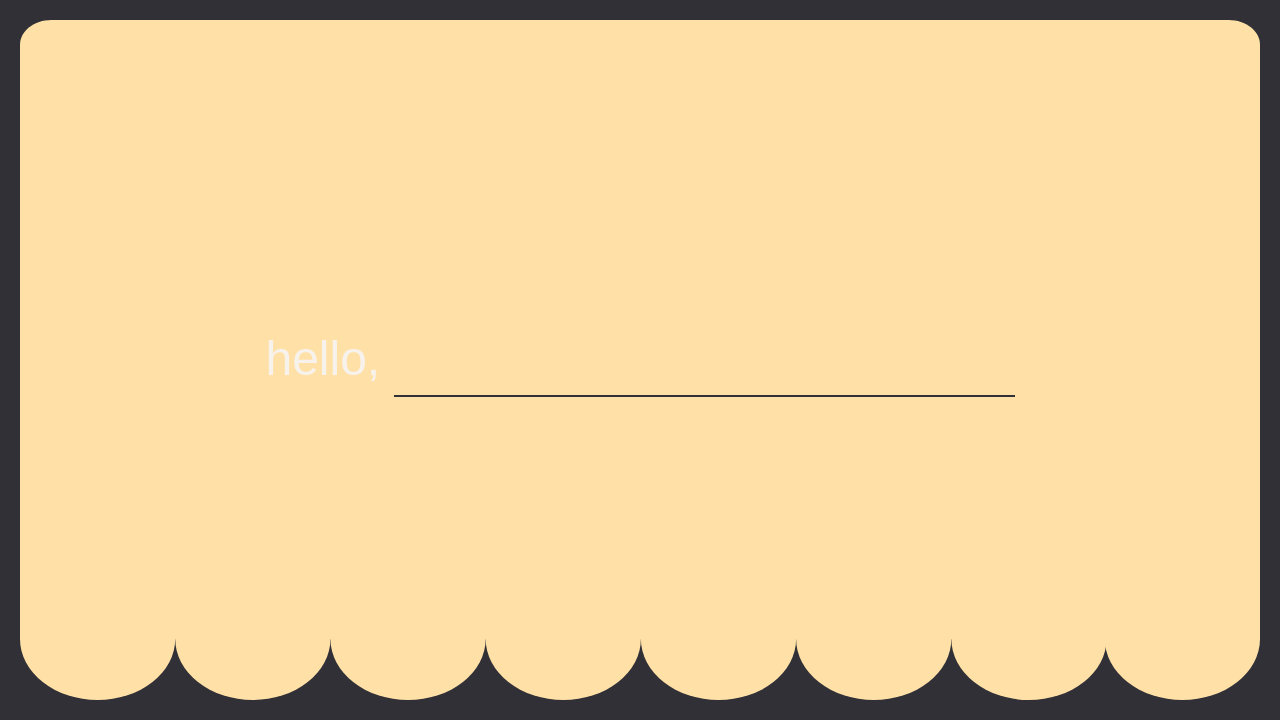
Repository: zhangolivia7/rot-recovery
Page: /
The author's editor kept a copy of each file at every save. The page is drawn from the files as they stood at one save, then again after the next save.
The browser window is 1280 px wide. The pictures show the whole page.
The project was rebuilt for these pictures with package versions that can differ from the ones it lists, and the page was loaded fresh each time. The framework's server and built-in components were replaced by stand-ins that run in the browser. Also part of the build but not shown: next.config.ts.

Above is the page before, as saved 2025-03-29 17:34:59.

### src/app/layout.tsx
import type { Metadata } from "next";
import { Geist, Geist_Mono } from "next/font/google";
import "./globals.css";

const geistSans = Geist({
  variable: "--font-geist-sans",
  subsets: ["latin"],
});

const geistMono = Geist_Mono({
  variable: "--font-geist-mono",
  subsets: ["latin"],
});

export const metadata: Metadata = {
  title: "Rot Recovery",
  description: "it's comeback time.",
};

export default function RootLayout({
  children,
}: Readonly<{
  children: React.ReactNode;
}>) {
  return (
    <html lang="en">
      <body
        className={`${geistSans.variable} ${geistMono.variable} antialiased`}
      >
        {children}
      </body>
    </html>
  );
}

### src/app/page.tsx
'use client'
import { SetStateAction, useState } from "react";
import { useWindowSize } from 'react-use';
import Confetti from 'react-confetti-boom';

export default function Home() {
  const [name, setName] = useState("");
  const [tasks, setTasks] = useState<{ id: number; text: string }[]>([]);
  const [timeframe, setTimeframe] = useState("");
  const [newTask, setNewTask] = useState("");
  const [schedule, setSchedule] = useState<string>(""); //store groqAPI response
  const [loading, setLoading] = useState<boolean>(false);

  // Update name
  const updateName = (e: React.ChangeEvent<HTMLInputElement>) => {
    setName(e.target.value);
    console.log(name);
  };

  // Update task text
  const updateTaskText = (id: number, text: string) => {
    setTasks(tasks.map(task => (task.id === id ? { ...task, text } : task)));
  };

  // Delete a task
  const deleteTask = (id: number) => {
    setTasks(tasks.filter(task => task.id !== id));
  };

  // Add new task when Enter is pressed
  const handleKeyDown = (e: React.KeyboardEvent<HTMLInputElement>) => {
    if (e.key === "Enter" && newTask.trim() !== "") {
      setTasks([...tasks, { id: Date.now(), text: newTask }]);
      setNewTask("");
    }
  };

  // Send tasks and timeframe to ChatGPT API and update schedule
  const handleSubmit = async () => {
    if (tasks.length === 0 || timeframe.trim() === "") {
      alert("Please enter tasks and a timeframe.");
      return;
    }

    setLoading(true); // Show loading state

    // Prepare message for Groq
    var prompt = "";

    if (name.toLowerCase() === "leslie") {
      prompt = `ALWAYS USE <b> IF YOU NEED TO BOLD YOUR RESPONSES!!! DO NOT USE DOUBLE ASTERICKS\nHey! You're talking to my friend ${name}, who's been bedrotting and has ${timeframe} to get back on track! Here's what ${name} has to get done':\n` +
        tasks.map((task, index) => `${index + 1}. ${task.text}`).join("\n") +
        `\n\nShe REALLY likes Hatsune Miku, so pretending you're Hatsune Miku and including Hatsune Miku references, give them a structured, realistic schedule based on the current time and amount of time they have to work in this schedule format:\n[Introduction message (make sure you introduce yourself as Hatsune Miku)]\n[00:00-##:##: <b>Task</b>, bit of encouragement and tips on how to complete the task well] and repeat this structure. Here's an example: <b>[Greeting]</b>\n\nHere's your customized schedule: \n\n<b>00:00-00:30: Finish Math Homework,</b> Leslie-chan! Take a deep breath and dive into your math problems. Focus on one question at a time, and make sure you understand each concept before moving on to the next. You got this!\n\n<b>00:30-01:15: Watch Algorithms Class Lecture.</b> Take a short break to grab a snack or stretch, and then settle in to watch your lecture. Take notes on important points, and don't hesitate to pause the video if you need to review something.\n\n<b>01:15-03:00: Study for Linear Algebra Test.</b> You're almost there, Leslie-chan! Review your notes and textbook, and try to summarize key concepts in your own words. Make flashcards or create a concept map to help you visualize the material.\n\n[Closing message with Hatsune Miku references]`;
    } else {
      prompt = `ALWAYS USE <b> IF YOU NEED TO BOLD YOUR RESPONSES!!! DO NOT USE DOUBLE ASTERICKS. Hey! You're talking to my friend ${name}, who's been bedrotting and has ${timeframe} to get back on track! Here's what ${name} has to get done':\n` +
        tasks.map((task, index) => `${index + 1}. ${task.text}`).join("\n") +
        `\n\nIn a fun, chill tone, give them a structured, realistic schedule based on the current time and amount of time they have to work in this schedule format:\n[Introduction message]\n<b>00:00-##:##: Task</b>, bit of encouragement and tips on how to complete the task well. Repeat this structure. Here's an example: <b>[Greeting]</b>\n\nHere's your customized schedule:\n\n<b>00:00-00:20: History Studying,</b> Let's get that history test prep started! Focus on reviewing your notes, making flashcards, and going over any tricky dates or events. You got this, Bob!\n\n<b>00:20-00:45: English Essay Brainstorm,</b> Time to get those creative juices flowing! Take 10-15 minutes to brainstorm ideas for your essay, then organize your thoughts into an outline. Remember, a solid outline will make the writing process so much smoother!\n\n<b>00:45-01:10: Math Homework</b>, Math homework can be a real challenge, but you're almost there! Focus on one problem at a time, and don't be afraid to take breaks if you get stuck. You've got this, Bob! You're so close to finishing!\n\n<b>01:10-02:00: Write That Essay,</b> It's time to put your thoughts into words! Take your outline and start writing that essay. Remember to stay focused, and don't worry too much about grammar or spelling at this stage. Just get your ideas down on paper!\n\n[Closing message]`;
    }

    try {
      const response = await fetch("/api/generate-schedule", {
        method: "POST",
        headers: { "Content-Type": "application/json" },
        body: JSON.stringify({ prompt }),
      });

      const data = await response.json();
      setSchedule(data.schedule); // Store response
    } catch (error) {
      console.error("Error fetching schedule:", error);
      setSchedule("Failed to generate schedule. Try again.");
    } finally {
      setLoading(false);
    }

    // Scroll to the schedule section
    document.getElementById("next-section")?.scrollIntoView({ behavior: "smooth" });
  };

  return (
    <div className={`h-screen snap-y snap-mandatory ${name.trim() === "" ? "overflow-hidden" : "overflow-y-scroll"}`}>
      {/* Section 1 */}
      <section id="sec1" className="h-screen flex justify-center items-center snap-start relative overflow-hidden">
        {/* SVG Background with exact 10px margin on all sides */}
        <div className="absolute top-[20px] left-[20px] right-[20px] bottom-[20px] z-0">
          <svg
            viewBox="0 0 1382 961"
            fill="none"
            xmlns="http://www.w3.org/2000/svg"
            className="w-full h-full"
            preserveAspectRatio="none"
          >
            <path d="M0 35C0 15.6701 15.67 0 35 0H1347C1366.33 0 1382 15.67 1382 35V875H0V35Z" fill="#FFE1A8" />
            <circle cx="86.5" cy="874.5" r="86.5" fill="#FFE1A8" />
            <circle cx="259.5" cy="874.5" r="86.5" fill="#FFE1A8" />
            <circle cx="432.5" cy="874.5" r="86.5" fill="#FFE1A8" />
            <circle cx="605.5" cy="874.5" r="86.5" fill="#FFE1A8" />
            <circle cx="778.5" cy="874.5" r="86.5" fill="#FFE1A8" />
            <circle cx="951.5" cy="874.5" r="86.5" fill="#FFE1A8" />
            <circle cx="1124.5" cy="874.5" r="86.5" fill="#FFE1A8" />
            <circle cx="1295.5" cy="874.5" r="86.5" fill="#FFE1A8" />
          </svg>
        </div>

        {/* Foreground content */}
        <main className="z-10 flex flex-col gap-[32px] row-start-2 items-center sm:items-start">
          <div id="s1">
            <h1>
              hello, <input type="text" id="helloText" value={name} onChange={updateName} />
            </h1>
          </div>
        </main>
      </section>


      {name.trim() !== "" && (
        <>
          {/* Section 2 */}
          <section className="h-screen flex flex-col items-center snap-start">
            <div id="sec2" className="w-full h-full flex flex-col justify-start items-center pt-0">
              {name.toLowerCase() === "leslie" ? (
                // Special SVG for Leslie
                <svg width="724" height="509" viewBox="0 0 724 509" fill="none" xmlns="http://www.w3.org/2000/svg">
                  <path d="M495 354.5C491.4 354.5 469.167 355.833 458.5 356.5L460 359L528.5 363L525.5 359C516.833 357.5 498.6 354.5 495 354.5Z" fill="#88D0C7" />
                  <path d="M558 413L503.5 434.5L547 451L586 425L558 413Z" fill="#8A8585" />
                  <circle cx="545.624" cy="378" r="25" fill="#FFE1A8" />
                  <path d="M336.624 363C375.024 348.6 487.291 357 538.624 363L542.624 397C534.624 399.667 512.224 405.4 486.624 407C461.024 408.6 347.957 445 294.624 463C271.124 474.333 212.524 497 166.124 497C108.124 497 48.1241 453 50.1241 463C51.7241 471 30.7908 497 20.1241 509C12.7908 504.333 -1.4759 491.8 0.124102 479C1.7241 466.2 26.1241 437.667 38.1241 425L156.124 449C144.791 428.333 128.924 382.2 156.124 363C190.124 339 288.624 381 336.624 363Z" fill="#FFE1A8" />
                  <path d="M455.601 453.39C444.301 452.836 398.096 425.701 378.624 407L412.829 390.125C421.464 391.114 453.014 384.686 455.601 396.594C458.836 411.478 493.917 434.314 524.131 436.079C554.345 437.844 558.339 448.801 544.659 456.342C530.98 463.883 469.726 454.083 455.601 453.39Z" fill="#FFE1A8" />
                  <path d="M529 359C505.167 359.167 455.8 360.1 449 362.5C440.5 365.5 408.5 380.5 403 386.5C397.5 392.5 387.5 398 385.5 406C383.9 412.4 384.833 415.333 385.5 416C381.167 412.5 372.8 404.1 374 398.5C375.423 391.858 379.997 387.017 382.597 386.539C380.62 386.631 375.704 386.944 375 388C374.2 389.2 373.333 390.833 373 391.5C373.167 386.667 374.9 376.1 380.5 372.5C387.5 368 403.5 358.5 417 357C430.5 355.5 463 353 473.5 353C484 353 521.5 357 524 357C526 357 528.167 358.333 529 359Z" fill="#88D0C7" />
                  <path d="M550 371.5C553.2 374.3 558.667 374.667 561 374.5L554 369.5L541 362H550C548 361 543 359 539 359C535 359 529.167 360.5 526.5 361.5C525.667 360.5 523.5 359 525.5 359C528 359 534.5 352.5 541 351.5C547.5 350.5 557 353 561 355C564.2 356.6 567.167 361 567.5 364C568.333 364.5 569 368.3 571 371.5C573.5 375.5 567 396 566 397C565 398 547.5 406.5 544 406.5C540.5 406.5 436.5 434 411 446C385.5 458 297 481.5 291.5 481C287.1 480.6 276.333 476.5 271.5 474.5C275.667 475.5 284.7 476.7 287.5 473.5C290.3 470.3 305.667 466.167 313 464.5H301C295 464.5 287.167 470.5 284 473.5C285.5 471 289.1 465.7 291.5 464.5C293.9 463.3 303.833 457.667 308.5 455C312 454.833 320.8 453.6 328 450C337 445.5 433 410.5 454.5 406.5C471.7 403.3 512.333 398.833 530.5 397C535 398.5 545.2 401.5 550 401.5C553.076 401.5 557.203 399.266 560.091 397.493C558.356 397.618 556.601 396.675 554 397C550.8 397.4 544 391.167 541 388H550C554.8 388 559.333 385.667 561 384.5C558.167 383.333 552 380.6 550 379C548 377.4 545.167 368.333 544 364C544.667 365.333 546.8 368.7 550 371.5Z" fill="#88D0C7" />
                  <path d="M724 -9L586 425L558 413L507.5 433L3 -9H724Z" fill="#F8F2EC" fill-opacity="0.5" />
                  <path d="M531.5 350L529 360.5L526 362L527.5 348L531.5 350Z" fill="#9C4066" />
                  <path d="M543 411.5L530 397.5V397L525.5 397.5L535 408.5L531 409.5L534 411.5H543Z" fill="#9C4066" />
                </svg>
              ) : (
                // Default SVG
                <svg width="724" height="509" viewBox="0 0 724 509" fill="none" xmlns="http://www.w3.org/2000/svg">
                  <path d="M558 413L503.5 434.5L547 451L586 425L558 413Z" fill="#8A8585" />
                  <circle cx="545.624" cy="378" r="25" fill="#FFE1A8" />
                  <path d="M336.624 363C375.024 348.6 487.291 357 538.624 363L542.624 397C534.624 399.667 512.224 405.4 486.624 407C461.024 408.6 347.957 445 294.624 463C271.124 474.333 212.524 497 166.124 497C108.124 497 48.1241 453 50.1241 463C51.7241 471 30.7908 497 20.1241 509C12.7908 504.333 -1.4759 491.8 0.124102 479C1.7241 466.2 26.1241 437.667 38.1241 425L156.124 449C144.791 428.333 128.924 382.2 156.124 363C190.124 339 288.624 381 336.624 363Z" fill="#FFE1A8" />
                  <path d="M455.601 453.39C444.301 452.836 398.096 425.701 378.624 407L412.829 390.125C421.464 391.114 453.014 384.686 455.601 396.594C458.836 411.478 493.917 434.314 524.131 436.079C554.345 437.844 558.339 448.801 544.659 456.342C530.98 463.883 469.726 454.083 455.601 453.39Z" fill="#FFE1A8" />
                  <path d="M724 -9L586 425L558 413L507.5 433L3 -9H724Z" fill="#F8F2EC" fillOpacity="0.5" />
                </svg>
              )}
              <h1 className="text-3xl mt-4">so you've been rotting...</h1>
            </div>
          </section>

          {/* Section 3 */}
          <section className="h-screen flex flex-col items-center justify-center snap-start">
            <div id="form">
              <h1 className="text-3xl">let's get back on track, {name}</h1>

              {/* Timeframe Input */}
              <input
                className="border p-2 w-80 mt-2"
                placeholder="Timeframe (e.g., 2 hours)"
                value={timeframe}
                onChange={(e) => setTimeframe(e.target.value)}
              />

              {/* To-Do List */}
              <div className="mt-4">
                <h2 className="text-lg font-bold">Enter your tasks</h2>
                <ul className="mt-3 space-y-2">
                  {tasks.map(task => (
                    <li key={task.id} className="flex items-center space-x-2">
                      <input
                        type="text"
                        value={task.text}
                        onChange={(e) => updateTaskText(task.id, e.target.value)}
                        className="border-b focus:outline-none bg-transparent w-full"
                      />
                      <button onClick={() => deleteTask(task.id)} className="text-lg">
                        ✕
                      </button>
                    </li>
                  ))}
                </ul>
              </div>

              {/* Add Task Input */}
              <input
                className="border p-2 w-80 mt-2"
                placeholder="Add a task and hit enter"
                value={newTask}
                onChange={(e) => setNewTask(e.target.value)}
                onKeyDown={handleKeyDown}
              />

              {/* Submit Button */}
              <button
                onClick={handleSubmit}
                className="mt-4 p-2 rounded-md"
              >
                {loading ? "Generating..." : "That's It"}
              </button>
            </div>
          </section>

          {/* Next Section - Display Schedule */}
          {schedule && (
            <section id="next-section" className="h-screen flex justify-center items-center snap-start">
              <div className="text-center max-w-xl">
                <h1 className="text-3xl mb-4">your schedule</h1>
                {loading ? (
                  <p className="text-lg">Generating your schedule...</p>
                ) : (
                  <p
                    className="whitespace-pre-wrap"
                    dangerouslySetInnerHTML={{ __html: schedule || "Your schedule will appear here." }}
                  />
                )}
              </div>
            </section>
          )}
        </>
      )}
    </div>
  );
}

### src/app/globals.css
@import "tailwindcss";

:root {
  --background: #303036;
  --foreground: #F8F2EC;
}

@theme inline {
  --color-background: var(--background);
  --color-foreground: var(--foreground);
  --font-sans: var(--font-geist-sans);
  --font-mono: var(--font-geist-mono);
}

@media (prefers-color-scheme: dark) {
  :root {
    --background: #303036;
    --foreground: #F8F2EC;
  }
}

html {
  scroll-behavior: smooth;
}

.h-screen {
  height: 100vh;
}

.overflow-y-scroll {
  overflow-y: scroll;
}

.snap-y {
  scroll-snap-type: y mandatory;
}

.snap-start {
  scroll-snap-align: start;
}

body {
  background: var(--background);
  color: var(--foreground);
  font-family: Arial, Helvetica, sans-serif;
}

h1 {
  font-size: 3em;
}

#helloText {
  border-bottom: 2px solid var(--background);
}

#helloText:focus {
  outline: none;
}

#sec2 {
  display: flex;
  flex-direction: column;
  gap: 30px;
}

#form {
  display: flex;
  flex-direction: column;
  margin: 10px;
}

After the next save:
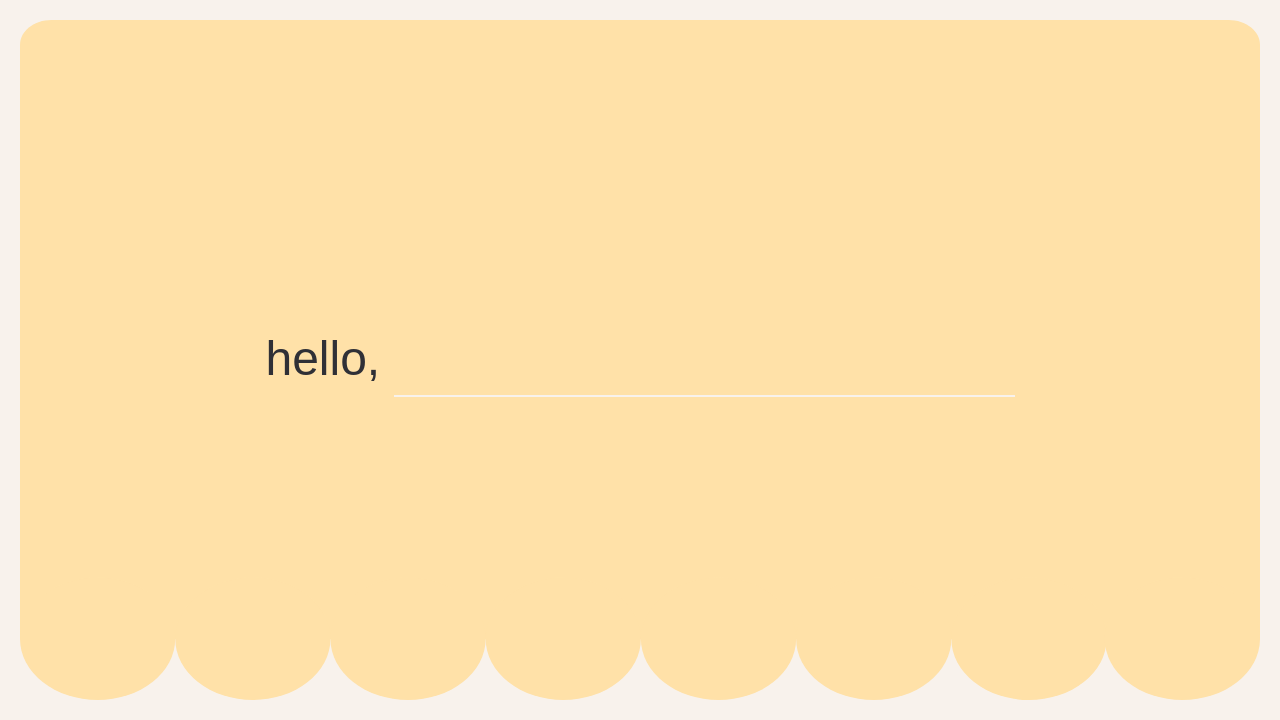
Saved 25 s later.
--- a/src/app/globals.css
+++ b/src/app/globals.css
@@ -1,8 +1,8 @@
 @import "tailwindcss";
 
 :root {
-  --background: #303036;
-  --foreground: #F8F2EC;
+  --background: #F8F2EC;
+  --foreground: #303036;
 }
 
 @theme inline {

After the 2 saves that followed:
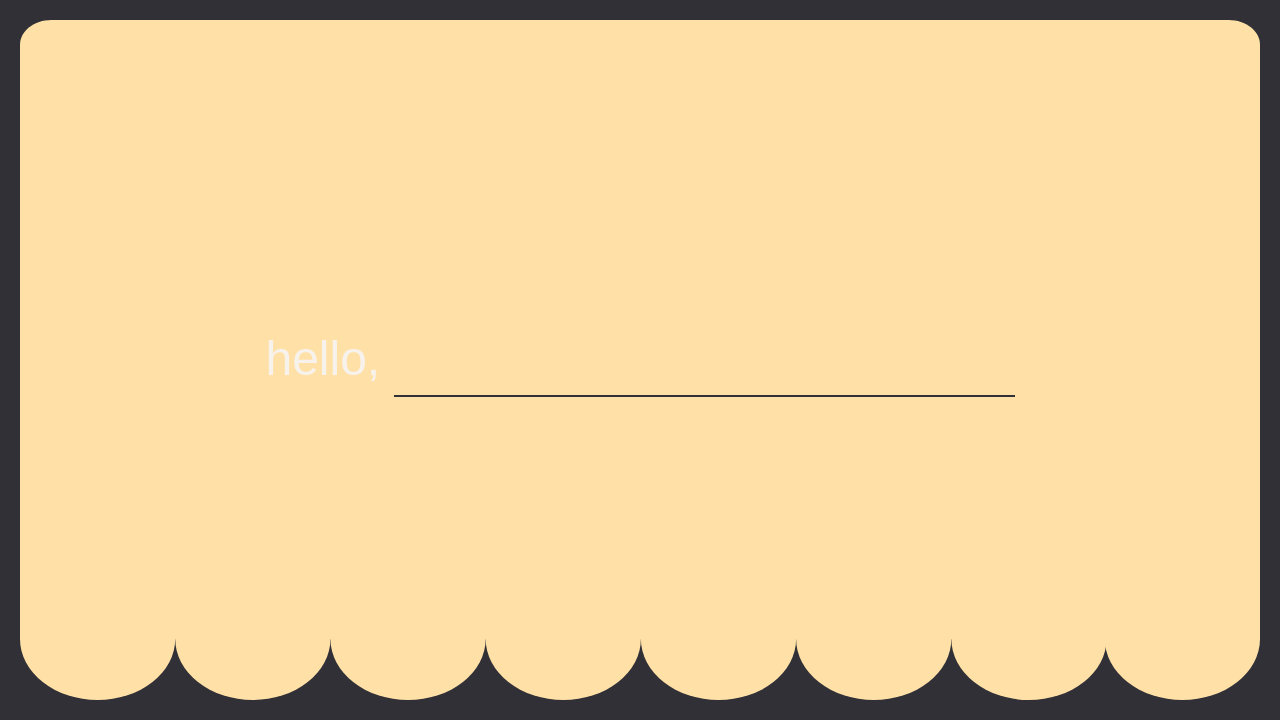
The 2 saves are shown as one change because 1 left the picture as it was.
The last was saved 73 s later.
--- a/src/app/globals.css
+++ b/src/app/globals.css
@@ -1,8 +1,8 @@
 @import "tailwindcss";
 
 :root {
-  --background: #F8F2EC;
-  --foreground: #303036;
+  --background: #303036;
+  --foreground: #F8F2EC;
 }
 
 @theme inline {
